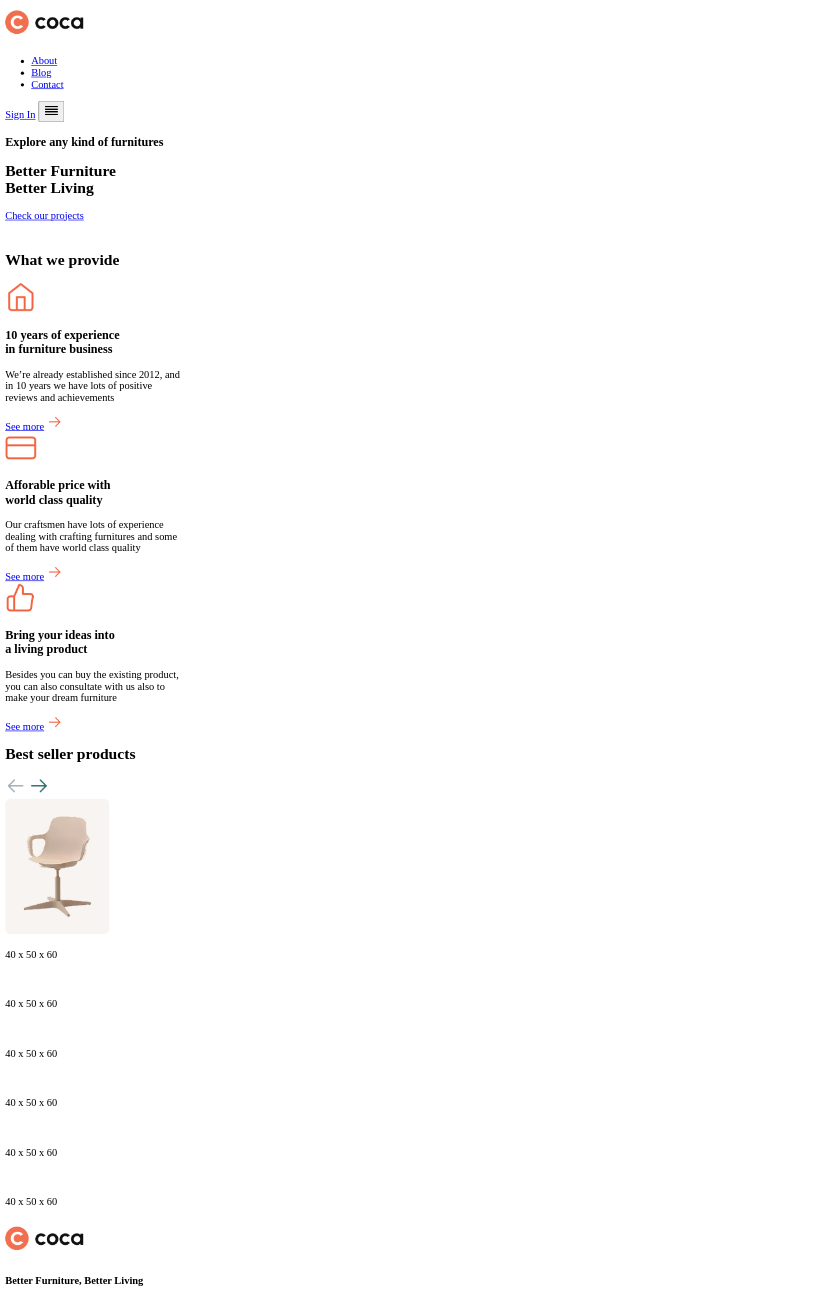
Repository: MatheusEich15/FrontEnd
Page: Prova 1 FrontEnd/Prova 1 FrontEnd/index.html
The author's editor kept a copy of each file at every save. The page is drawn from the files as they stood at one save, then again after a run of saves.
The browser window is 1280 px wide. The pictures show the whole page, at 65% of full size.

Above is the page before, as saved 2026-03-12 09:52:38.

After the next 4 saves:
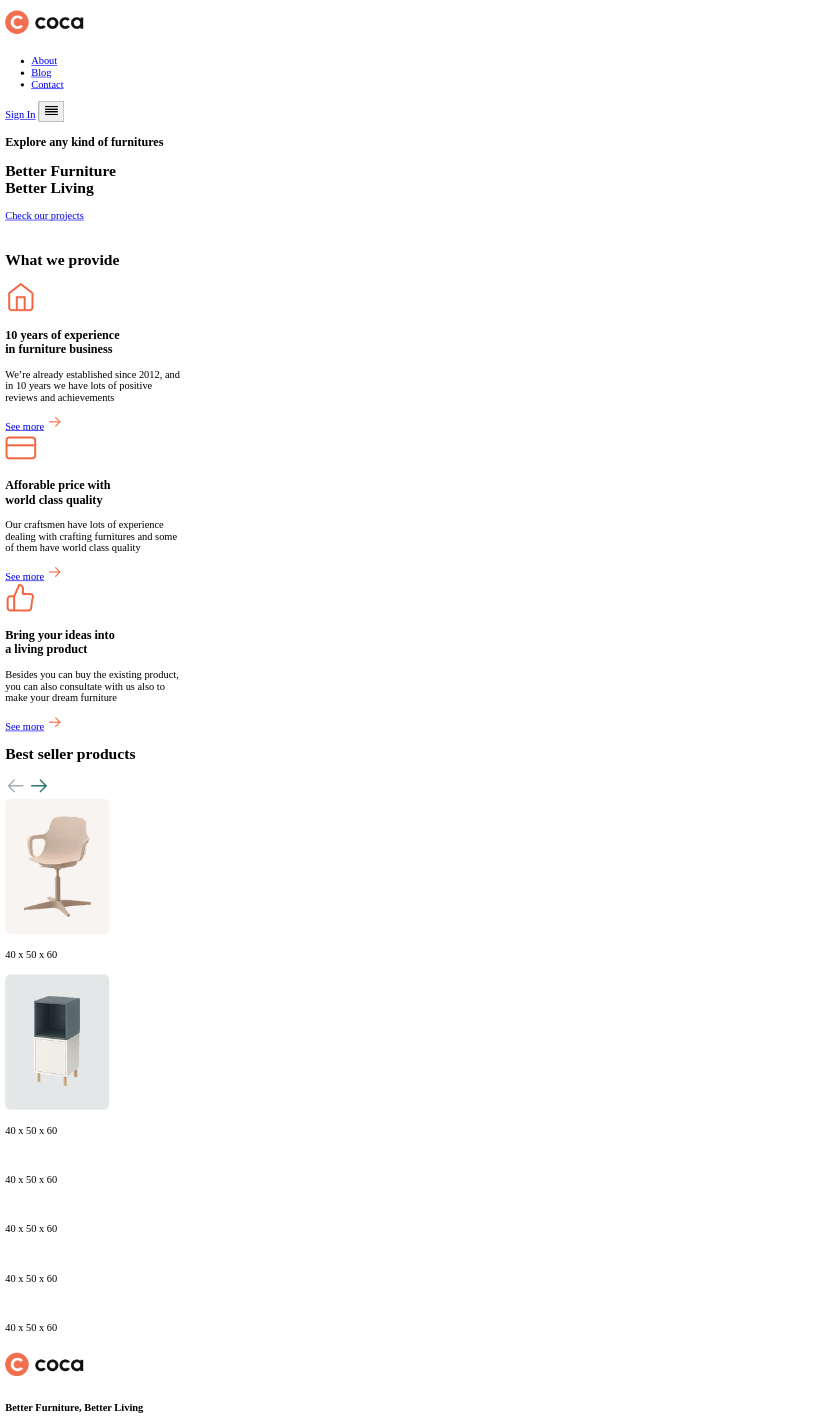
The 4 saves are shown as one change because they came seconds apart.
The last was saved 23 s later.
--- a/Prova 1 FrontEnd/Prova 1 FrontEnd/index.html
+++ b/Prova 1 FrontEnd/Prova 1 FrontEnd/index.html
@@ -106,7 +106,7 @@
                     <h4></h4>
                 </div>
                 <div class="product-item">
-                    <img src="" alt="">
+                    <img src="./assets/images/Products images/Celestra Grey Cabi.png" alt="">
                     <p></p>
                     <h3></h3>
                     <p>40 x 50 x 60</p>
